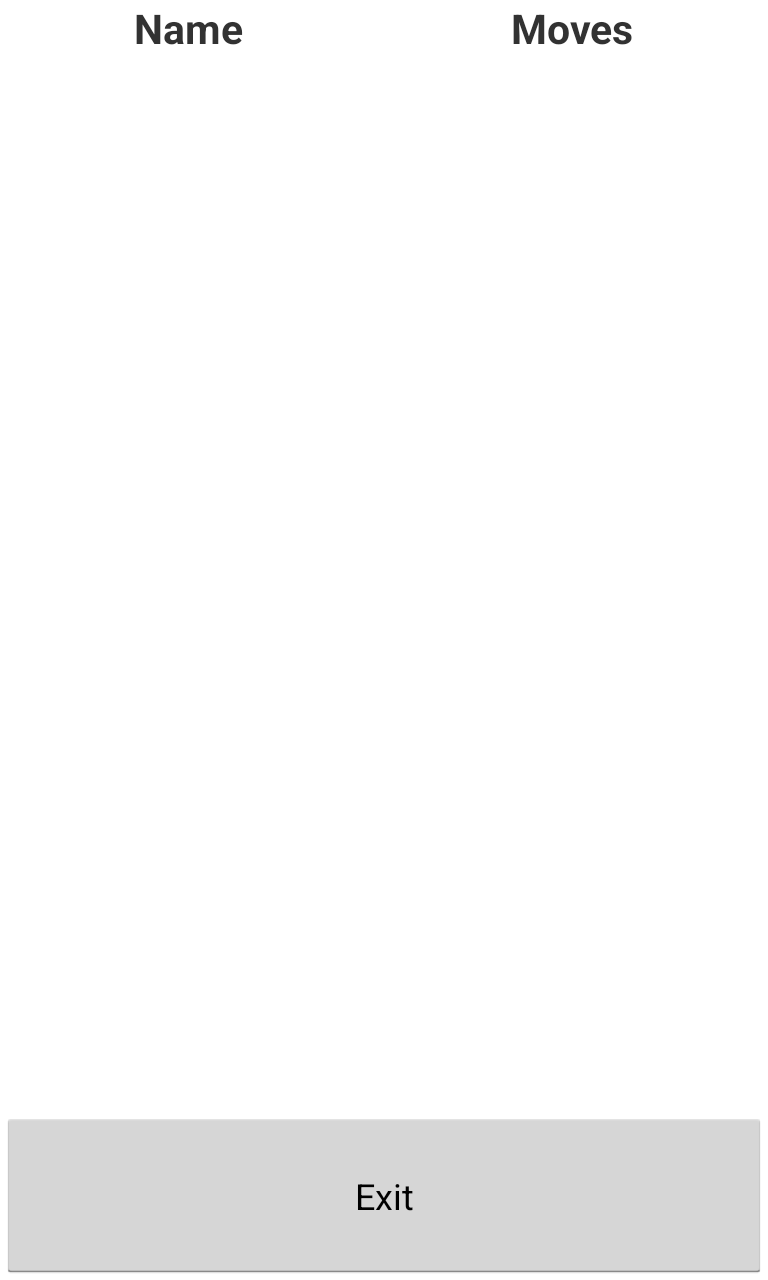
Repository: rickydalziel/project
Layout: Numbersorter/res/layout/activity_leaderboard.xml
The author's editor kept a copy of each file at every save. The layout is drawn from the files as they stood at one save, then again after the next save.
It is drawn on a 768 x 1280 px phone screen (xhdpi) without system bars, with theme AppTheme; the app's code is not run.

Above is the layout before, as saved 2013-03-14 14:11:33.

After the next save:
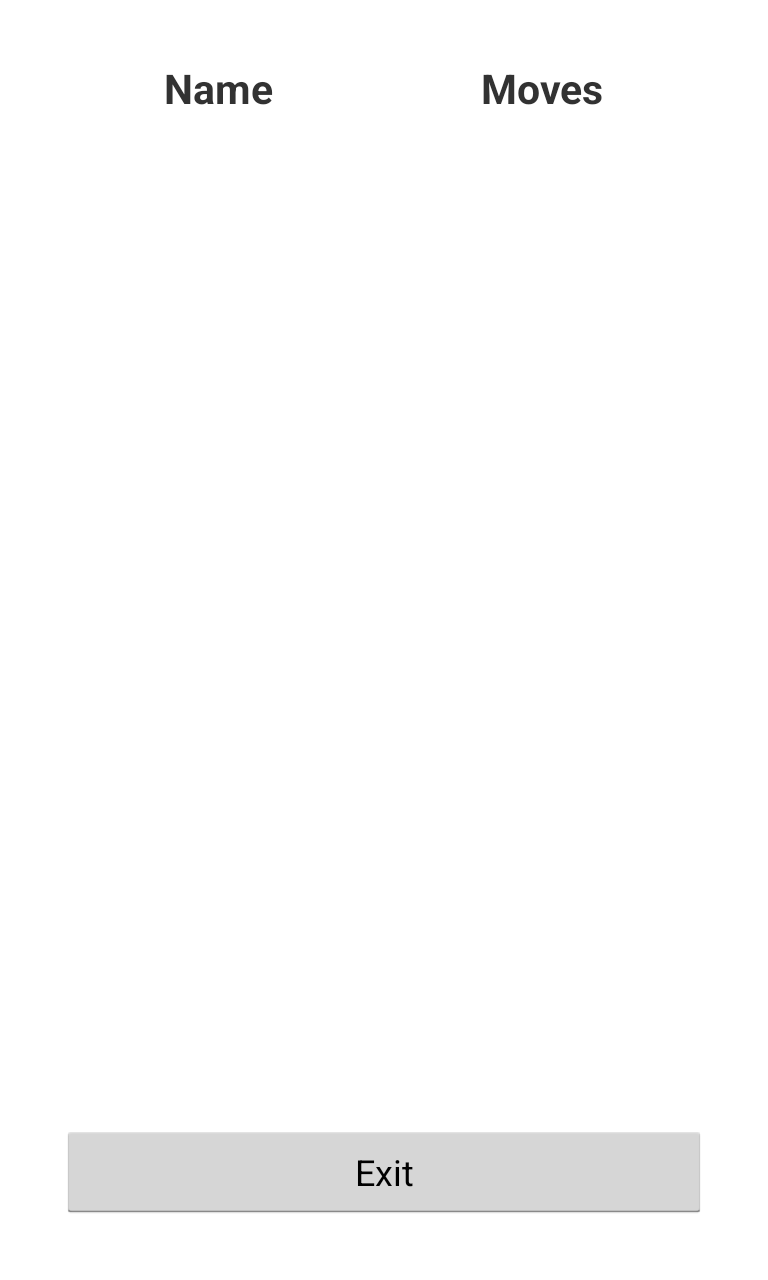
Saved 44 s later.
--- a/Numbersorter/res/layout/activity_leaderboard.xml
+++ b/Numbersorter/res/layout/activity_leaderboard.xml
@@ -3,7 +3,8 @@
     android:layout_width="match_parent"
     android:layout_height="match_parent"
     tools:context=".LeaderboardActivity"
-	android:orientation="vertical">
+	android:orientation="vertical"
+	android:padding="30dip" >
 
 
     <ScrollView
@@ -48,7 +49,7 @@
             android:layout_gravity="center"
             android:onClick="exitGamePressed"
             android:text="@string/exit_game"
-            android:padding="30dip"
+
              />
 
 </LinearLayout>
